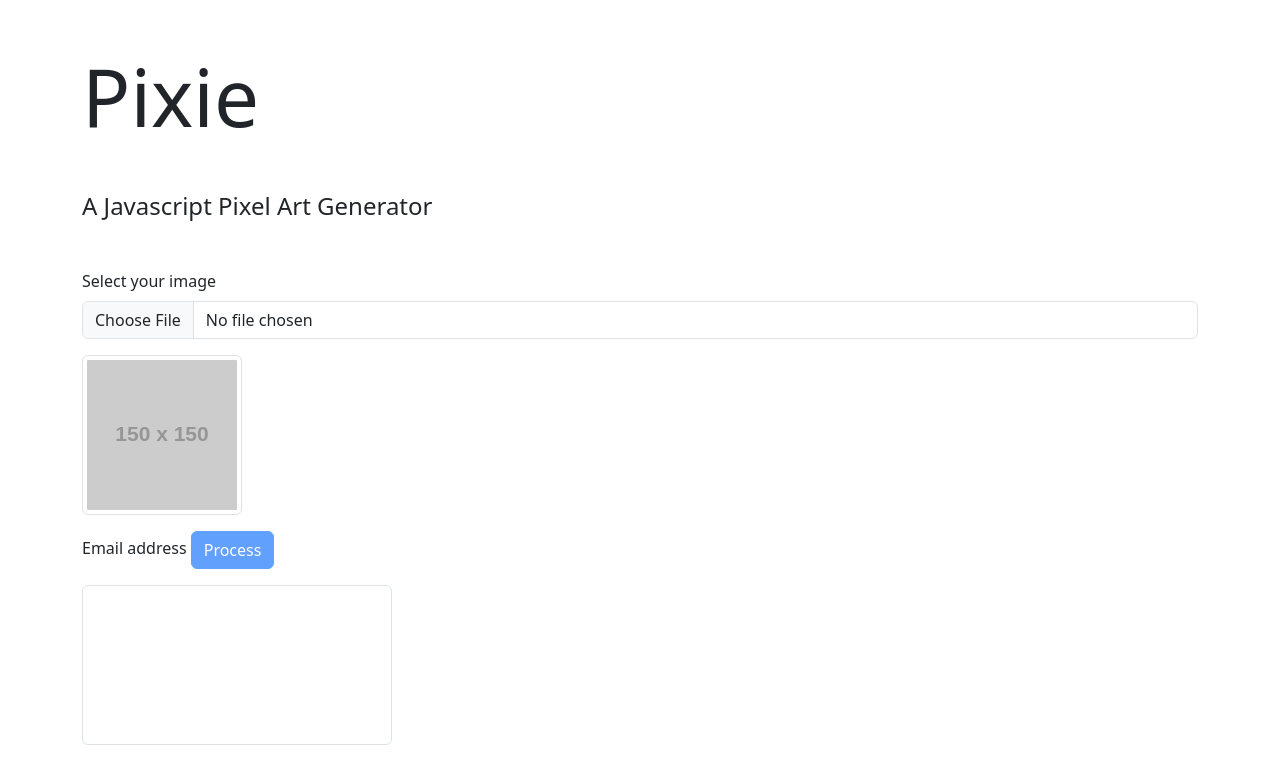
Repository: BigEmperor26/Pixie
Page: index.html
These files come from the project's save history. The page is drawn as it stood at one moment and after the next save; the edit follows.
The browser window is 1280 px wide. The pictures show the whole page.

Above is the page before, as saved 2023-12-08 15:52:47.
Console error: ReferenceError: onOpenCvReady is not defined

### index.html
<!doctype html>
<html lang="en">
  <head>
    <meta charset="utf-8">
    <meta name="viewport" content="width=device-width, initial-scale=1">
    <title>Pixie</title>
    <link href="https://cdn.jsdelivr.net/npm/bootstrap@5.3.2/dist/css/bootstrap.min.css" rel="stylesheet" integrity="sha384-T3c6CoIi6uLrA9TneNEoa7RxnatzjcDSCmG1MXxSR1GAsXEV/Dwwykc2MPK8M2HN" crossorigin="anonymous">

  </head>
  <body>
    <div class="container">
    <p class="h1 my-5 display-1">Pixie</p>
    <p class="h4 my-5 disabled">A Javascript Pixel Art Generator</p>
    <div class="my-3">
        <label for="formFile" class="form-label">Select your image</label>
        <input class="form-control" type="file" id="fileInput" onchange="console.log('changed')">
    </div>
    <div class="my-3">
        <img src="https://via.placeholder.com/150" class="img-thumbnail" alt="..." onclick="" id="imageSrc">
    </div>
    <label for="exampleFormControlInput1" class="form-label">Email address</label>
    <button type="button" class="btn btn-primary disabled" id="processButton">Process</button>
  <!-- Content here -->
    <div class="my-3">
        <!-- <img src="https://via.placeholder.com/150" class="img-thumbnail" alt="..." onclick="" id="imageOut"> -->
        <canvas id="canvasOutput" class="img-thumbnail" src="https://via.placeholder.com/150" ></canvas>
    </div>
    </div>
    <script src="https://cdn.jsdelivr.net/npm/bootstrap@5.3.2/dist/js/bootstrap.bundle.min.js" integrity="sha384-C6RzsynM9kWDrMNeT87bh95OGNyZPhcTNXj1NW7RuBCsyN/o0jlpcV8Qyq46cDfL" crossorigin="anonymous"></script>
    <script type="text/javascript">

        let imgElement = document.getElementById("imageSrc")
        let inputElement = document.getElementById("fileInput");
        inputElement.addEventListener("change", (e) => {
            let butn = document.getElementById("processButton")
            butn.classList.remove("disabled")
          imgElement.src = URL.createObjectURL(e.target.files[0]);
        }, false);
        imgElement.onload = function () {
            let src = cv.imread(imgElement);
            let dst = new cv.Mat();
            let dsize = new cv.Size(300, 300);
            // You can try more different parameters
            cv.resize(src, dst, dsize, 0, 0, cv.INTER_AREA);
            cv.imshow('canvasOutput', dst);
            src.delete(); dst.delete();
          };
    </script>
    <script async src="opencv.js" onload="onOpenCvReady();" type="text/javascript"></script>
  </body>
</html>

Loaded but not shown: opencv.js (no stored copy; drawn as an empty file)

After the next save:
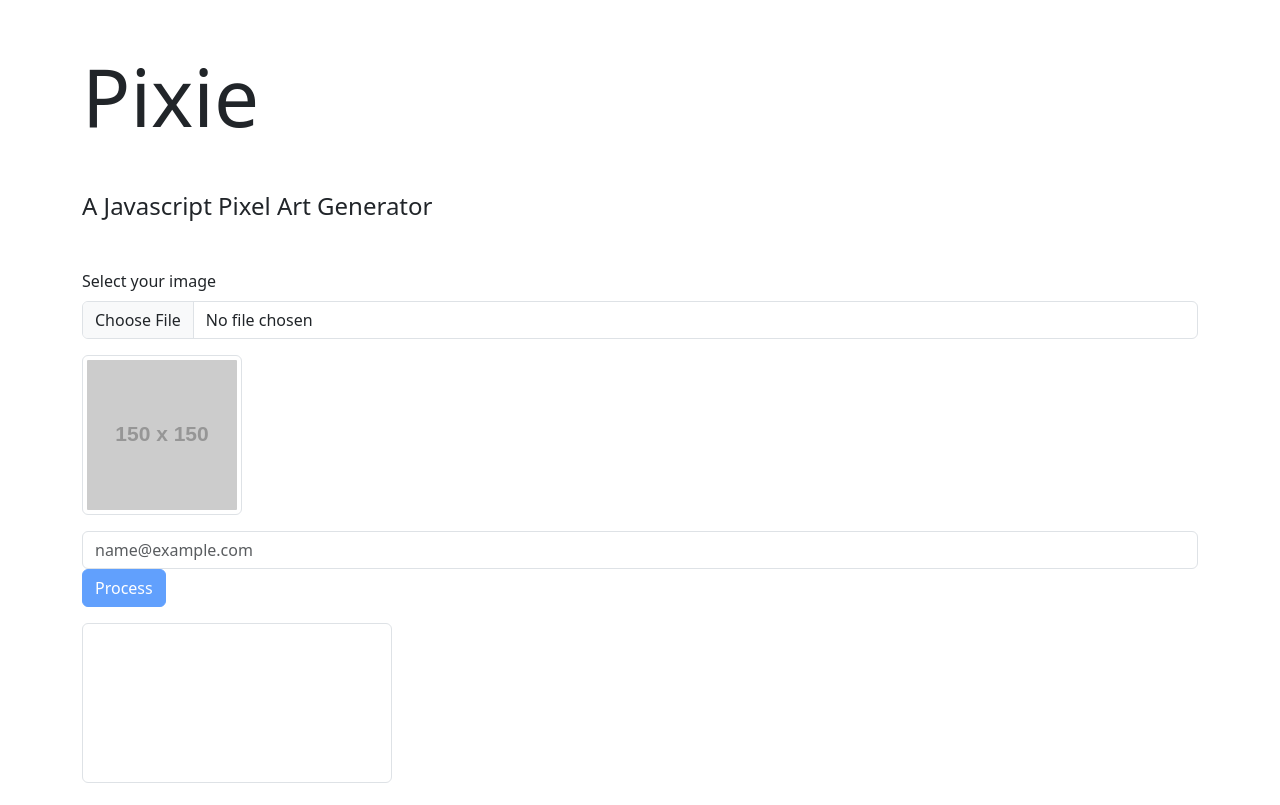
Saved 17 s later.
--- a/index.html
+++ b/index.html
@@ -18,7 +18,7 @@
     <div class="my-3">
         <img src="https://via.placeholder.com/150" class="img-thumbnail" alt="..." onclick="" id="imageSrc">
     </div>
-    <label for="exampleFormControlInput1" class="form-label">Email address</label>
+    <input type="email" class="form-control" id="exampleFormControlInput1" placeholder="name@example.com">
     <button type="button" class="btn btn-primary disabled" id="processButton">Process</button>
   <!-- Content here -->
     <div class="my-3">
